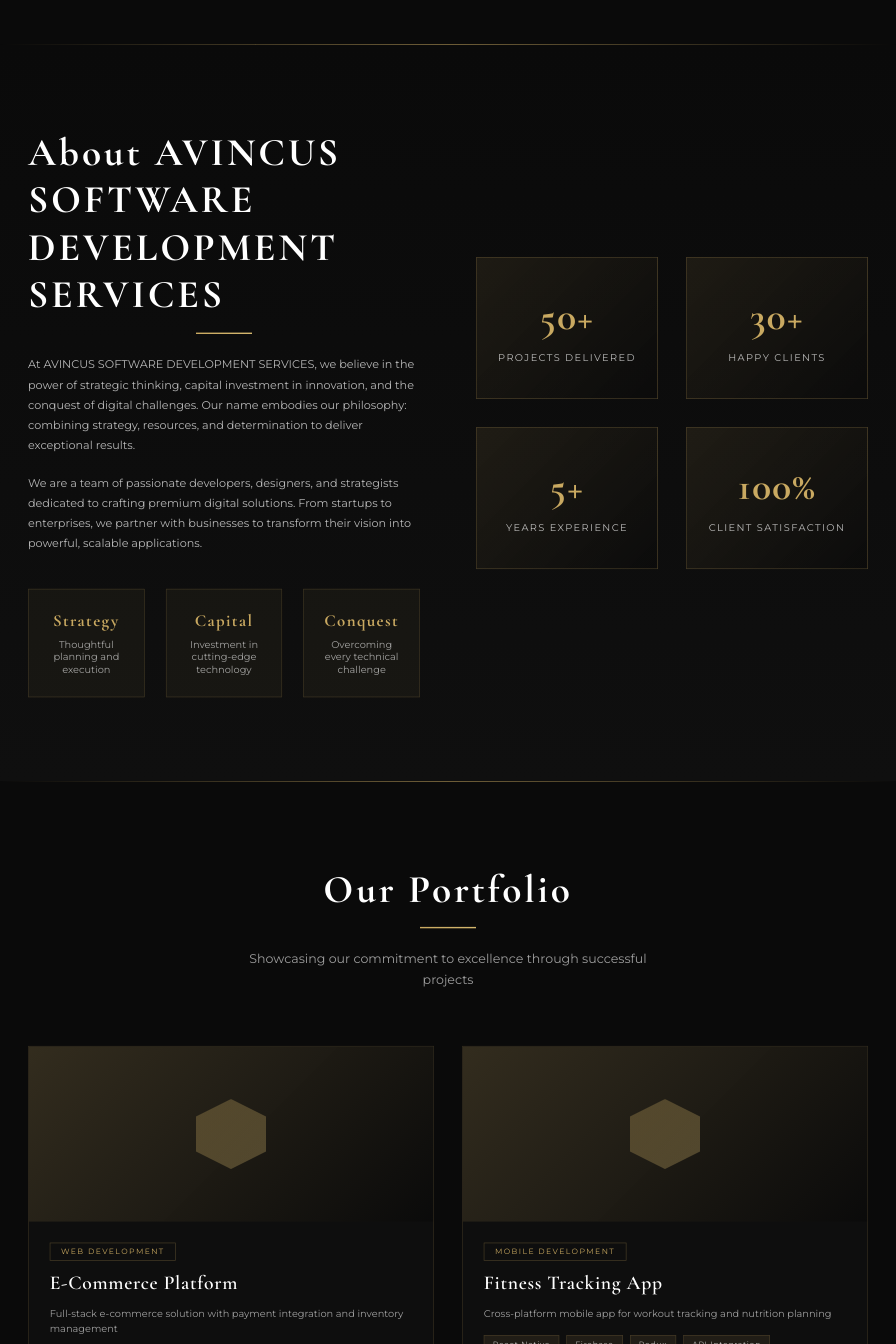
Repository: GiLLBaTesx/avincus-website
Page: /
These files come from the project's save history. The page is drawn as it stood at one moment and after the next save; the edit follows.
The browser window is 1280 px wide. The pictures show the part of the page from y = 1913 to 3833 px (the page is 6729 px tall before and 6497 px after), at 70% of full size.
The project was rebuilt for these pictures with package versions that can differ from the ones it lists, and the page was loaded fresh each time.

Above is the page before, as saved 2026-05-28 12:07:42.

### public/index.html
<!DOCTYPE html>
<html lang="en">
  <head>
    <meta charset="utf-8" />
    <link rel="icon" href="%PUBLIC_URL%/avincus-logo.png" />
    <meta name="viewport" content="width=device-width, initial-scale=1" />
    <meta name="theme-color" content="#0a0a0a" />
    <meta
      name="description"
      content="AVINCUS SOFTWARE DEVELOPMENT SERVICES - Premium Software Development | Web, Mobile & Software Solutions"
    />
    <link rel="preconnect" href="https://fonts.googleapis.com">
    <link rel="preconnect" href="https://fonts.gstatic.com" crossorigin>
    <link href="https://fonts.googleapis.com/css2?family=Cormorant+Garamond:wght@300;400;500;600;700&family=Montserrat:wght@300;400;500;600;700&display=swap" rel="stylesheet">
    <title>AVINCUS SOFTWARE DEVELOPMENT SERVICES - Strategy. Capital. Conquest.</title>
  </head>
  <body>
    <noscript>You need to enable JavaScript to run this app.</noscript>
    <div id="root"></div>
  </body>
</html>

### src/index.css
* {
  margin: 0;
  padding: 0;
  box-sizing: border-box;
}

body {
  margin: 0;
  font-family: 'Montserrat', -apple-system, BlinkMacSystemFont, 'Segoe UI', 'Roboto', 'Oxygen',
    'Ubuntu', 'Cantarell', 'Fira Sans', 'Droid Sans', 'Helvetica Neue',
    sans-serif;
  -webkit-font-smoothing: antialiased;
  -moz-osx-font-smoothing: grayscale;
  background-color: #0a0a0a;
  color: #ffffff;
  overflow-x: hidden;
}

code {
  font-family: source-code-pro, Menlo, Monaco, Consolas, 'Courier New',
    monospace;
}

::-webkit-scrollbar {
  width: 10px;
}

::-webkit-scrollbar-track {
  background: #0a0a0a;
}

::-webkit-scrollbar-thumb {
  background: #c9a961;
  border-radius: 5px;
}

::-webkit-scrollbar-thumb:hover {
  background: #d4b76e;
}

### src/App.css
.App {
  min-height: 100vh;
  background-color: #0a0a0a;
}

/* Smooth scrolling */
html {
  scroll-behavior: smooth;
}

/* Section styling */
section {
  position: relative;
  overflow: hidden;
}

/* Gold accent line */
.gold-line {
  width: 60px;
  height: 2px;
  background: linear-gradient(90deg, #c9a961, #d4b76e);
  margin: 20px auto;
}

/* Animations */
@keyframes fadeInUp {
  from {
    opacity: 0;
    transform: translateY(30px);
  }
  to {
    opacity: 1;
    transform: translateY(0);
  }
}

@keyframes fadeIn {
  from {
    opacity: 0;
  }
  to {
    opacity: 1;
  }
}

@keyframes shimmer {
  0% {
    background-position: -1000px 0;
  }
  100% {
    background-position: 1000px 0;
  }
}

.fade-in-up {
  animation: fadeInUp 0.8s ease-out forwards;
}

.fade-in {
  animation: fadeIn 1s ease-out forwards;
}

/* Responsive typography */
@media (max-width: 768px) {
  html {
    font-size: 14px;
  }
}

@media (max-width: 480px) {
  html {
    font-size: 12px;
  }
}

### src/components/About.js
import React, { useEffect, useRef, useState } from 'react';
import './About.css';

const About = () => {
  const [isVisible, setIsVisible] = useState(false);
  const sectionRef = useRef(null);

  useEffect(() => {
    const observer = new IntersectionObserver(
      ([entry]) => {
        if (entry.isIntersecting) {
          setIsVisible(true);
        }
      },
      { threshold: 0.1 }
    );

    if (sectionRef.current) {
      observer.observe(sectionRef.current);
    }

    return () => {
      if (sectionRef.current) {
        observer.unobserve(sectionRef.current);
      }
    };
  }, []);

  const stats = [
    { number: '50+', label: 'Projects Delivered' },
    { number: '30+', label: 'Happy Clients' },
    { number: '5+', label: 'Years Experience' },
    { number: '100%', label: 'Client Satisfaction' }
  ];

  return (
    <section id="about" className="about" ref={sectionRef}>
      <div className="about-container">
        <div className="about-content">
          <div className={`about-text ${isVisible ? 'visible' : ''}`}>
            <h2 className="section-title">About AVINCUS SOFTWARE DEVELOPMENT SERVICES</h2>
            <div className="gold-line"></div>
            <p className="about-description">
              At AVINCUS SOFTWARE DEVELOPMENT SERVICES, we believe in the power of strategic thinking, capital investment in innovation,
              and the conquest of digital challenges. Our name embodies our philosophy: combining strategy,
              resources, and determination to deliver exceptional results.
            </p>
            <p className="about-description">
              We are a team of passionate developers, designers, and strategists dedicated to crafting
              premium digital solutions. From startups to enterprises, we partner with businesses to
              transform their vision into powerful, scalable applications.
            </p>
            <div className="about-values">
              <div className="value-item">
                <h3>Strategy</h3>
                <p>Thoughtful planning and execution</p>
              </div>
              <div className="value-item">
                <h3>Capital</h3>
                <p>Investment in cutting-edge technology</p>
              </div>
              <div className="value-item">
                <h3>Conquest</h3>
                <p>Overcoming every technical challenge</p>
              </div>
            </div>
          </div>

          <div className={`about-stats ${isVisible ? 'visible' : ''}`}>
            {stats.map((stat, index) => (
              <div key={index} className="stat-item" style={{ animationDelay: `${index * 0.1}s` }}>
                <div className="stat-number">{stat.number}</div>
                <div className="stat-label">{stat.label}</div>
              </div>
            ))}
          </div>
        </div>
      </div>
    </section>
  );
};

export default About;

### src/components/Navbar.css
.navbar {
  position: fixed;
  top: 0;
  left: 0;
  right: 0;
  z-index: 1000;
  padding: 20px 0;
  transition: all 0.3s ease;
  background: transparent;
}

.navbar.scrolled {
  background: rgba(10, 10, 10, 0.95);
  backdrop-filter: blur(10px);
  padding: 15px 0;
  box-shadow: 0 2px 20px rgba(201, 169, 97, 0.1);
}

.navbar-container {
  max-width: 1400px;
  margin: 0 auto;
  padding: 0 40px;
  display: flex;
  justify-content: space-between;
  align-items: center;
}

.navbar-logo {
  display: flex;
  align-items: center;
  gap: 12px;
  cursor: pointer;
  transition: transform 0.3s ease;
}

.navbar-logo:hover {
  transform: translateY(-2px);
}

.logo-image {
  width: 67.5px;
  height: 67.5px;
  object-fit: contain;
  transition: transform 0.3s ease;
}

.logo-text {
  font-family: 'Cormorant Garamond', serif;
  font-size: 24px;
  font-weight: 600;
  letter-spacing: 3px;
  color: #c9a961;
}

.navbar-menu {
  display: flex;
  gap: 40px;
  align-items: center;
}

.nav-link {
  background: none;
  border: none;
  color: #ffffff;
  font-size: 14px;
  font-weight: 500;
  letter-spacing: 1px;
  text-transform: uppercase;
  cursor: pointer;
  position: relative;
  padding: 8px 0;
  transition: color 0.3s ease;
}

.nav-link::after {
  content: '';
  position: absolute;
  bottom: 0;
  left: 0;
  width: 0;
  height: 2px;
  background: linear-gradient(90deg, #c9a961, #d4b76e);
  transition: width 0.3s ease;
}

.nav-link:hover {
  color: #c9a961;
}

.nav-link:hover::after {
  width: 100%;
}

.nav-link-cta {
  background: linear-gradient(135deg, #c9a961, #d4b76e);
  color: #0a0a0a;
  padding: 12px 30px;
  border-radius: 0;
  font-weight: 600;
  transition: all 0.3s ease;
}

.nav-link-cta::after {
  display: none;
}

.nav-link-cta:hover {
  background: linear-gradient(135deg, #d4b76e, #e0c87f);
  color: #0a0a0a;
  transform: translateY(-2px);
  box-shadow: 0 5px 20px rgba(201, 169, 97, 0.3);
}

.navbar-toggle {
  display: none;
  flex-direction: column;
  gap: 6px;
  background: none;
  border: none;
  cursor: pointer;
  padding: 5px;
}

.bar {
  width: 30px;
  height: 2px;
  background: #c9a961;
  transition: all 0.3s ease;
}

.bar.active:nth-child(1) {
  transform: rotate(45deg) translate(8px, 8px);
}

.bar.active:nth-child(2) {
  opacity: 0;
}

.bar.active:nth-child(3) {
  transform: rotate(-45deg) translate(8px, -8px);
}

@media (max-width: 968px) {
  .navbar-toggle {
    display: flex;
  }

  .navbar-menu {
    position: fixed;
    top: 70px;
    right: -100%;
    width: 300px;
    height: calc(100vh - 70px);
    background: rgba(10, 10, 10, 0.98);
    backdrop-filter: blur(10px);
    flex-direction: column;
    padding: 40px;
    gap: 30px;
    transition: right 0.3s ease;
    border-left: 1px solid rgba(201, 169, 97, 0.2);
  }

  .navbar-menu.active {
    right: 0;
  }

  .nav-link {
    width: 100%;
    text-align: left;
    font-size: 16px;
  }

  .nav-link-cta {
    text-align: center;
  }
}

@media (max-width: 480px) {
  .navbar-container {
    padding: 0 20px;
  }

  .logo-text {
    font-size: 20px;
  }

  .logo-image {
    width: 60px;
    height: 60px;
  }
}

### src/components/About.css
.about {
  min-height: 100vh;
  padding: 120px 40px;
  background: linear-gradient(180deg, #0a0a0a 0%, #0f0f0f 100%);
  position: relative;
}

.about::before {
  content: '';
  position: absolute;
  top: 0;
  left: 0;
  right: 0;
  height: 1px;
  background: linear-gradient(90deg, transparent, #c9a961, transparent);
}

.about-container {
  max-width: 1400px;
  margin: 0 auto;
}

.about-content {
  display: grid;
  grid-template-columns: 1fr 1fr;
  gap: 80px;
  align-items: center;
}

.about-text {
  opacity: 0;
  transform: translateX(-30px);
  transition: all 0.8s ease-out;
}

.about-text.visible {
  opacity: 1;
  transform: translateX(0);
}

.about-description {
  font-size: 16px;
  line-height: 1.8;
  color: rgba(255, 255, 255, 0.7);
  margin-bottom: 25px;
}

.about-values {
  display: grid;
  grid-template-columns: repeat(3, 1fr);
  gap: 30px;
  margin-top: 50px;
}

.value-item {
  text-align: center;
  padding: 30px 20px;
  background: rgba(201, 169, 97, 0.05);
  border: 1px solid rgba(201, 169, 97, 0.2);
  transition: all 0.3s ease;
}

.value-item:hover {
  background: rgba(201, 169, 97, 0.1);
  border-color: #c9a961;
  transform: translateY(-5px);
}

.value-item h3 {
  font-family: 'Cormorant Garamond', serif;
  font-size: 24px;
  color: #c9a961;
  margin-bottom: 10px;
  letter-spacing: 2px;
}

.value-item p {
  font-size: 14px;
  color: rgba(255, 255, 255, 0.6);
}

.about-stats {
  display: grid;
  grid-template-columns: repeat(2, 1fr);
  gap: 40px;
  opacity: 0;
  transform: translateX(30px);
  transition: all 0.8s ease-out;
}

.about-stats.visible {
  opacity: 1;
  transform: translateX(0);
}

.stat-item {
  text-align: center;
  padding: 50px 30px;
  background: linear-gradient(135deg, rgba(201, 169, 97, 0.1), rgba(10, 10, 10, 0.5));
  border: 1px solid rgba(201, 169, 97, 0.3);
  position: relative;
  overflow: hidden;
  opacity: 0;
  animation: fadeInUp 0.8s ease-out forwards;
}

.stat-item::before {
  content: '';
  position: absolute;
  top: 0;
  left: 0;
  right: 0;
  height: 3px;
  background: linear-gradient(90deg, #c9a961, #d4b76e);
  transform: scaleX(0);
  transition: transform 0.6s ease;
}

.stat-item:hover::before {
  transform: scaleX(1);
}

.stat-number {
  font-family: 'Cormorant Garamond', serif;
  font-size: 56px;
  font-weight: 700;
  color: #c9a961;
  margin-bottom: 15px;
  letter-spacing: 2px;
}

.stat-label {
  font-size: 14px;
  color: rgba(255, 255, 255, 0.7);
  text-transform: uppercase;
  letter-spacing: 2px;
}

@media (max-width: 968px) {
  .about {
    padding: 80px 30px;
  }

  .about-content {
    grid-template-columns: 1fr;
    gap: 60px;
  }

  .about-values {
    grid-template-columns: 1fr;
    gap: 20px;
  }

  .about-stats {
    grid-template-columns: repeat(2, 1fr);
    gap: 20px;
  }

  .stat-item {
    padding: 40px 20px;
  }

  .stat-number {
    font-size: 42px;
  }
}

@media (max-width: 480px) {
  .about {
    padding: 60px 20px;
  }

  .about-stats {
    grid-template-columns: 1fr;
  }

  .stat-number {
    font-size: 36px;
  }
}

### src/components/Portfolio.css
.portfolio {
  min-height: 100vh;
  padding: 120px 40px;
  background: #0a0a0a;
  position: relative;
}

.portfolio::before {
  content: '';
  position: absolute;
  top: 0;
  left: 0;
  right: 0;
  height: 1px;
  background: linear-gradient(90deg, transparent, #c9a961, transparent);
}

.portfolio-container {
  max-width: 1400px;
  margin: 0 auto;
}

.portfolio-header {
  text-align: center;
  margin-bottom: 80px;
  opacity: 0;
  transform: translateY(30px);
  transition: all 0.8s ease-out;
}

.portfolio-header.visible {
  opacity: 1;
  transform: translateY(0);
}

.portfolio-grid {
  display: grid;
  grid-template-columns: repeat(auto-fit, minmax(380px, 1fr));
  gap: 40px;
}

.portfolio-card {
  background: rgba(15, 15, 15, 0.8);
  border: 1px solid rgba(201, 169, 97, 0.2);
  overflow: hidden;
  transition: all 0.4s ease;
  opacity: 0;
  transform: translateY(30px);
}

.portfolio-card.visible {
  animation: fadeInUp 0.8s ease-out forwards;
}

.portfolio-card:hover {
  transform: translateY(-10px);
  border-color: #c9a961;
  box-shadow: 0 20px 60px rgba(201, 169, 97, 0.2);
}

.portfolio-image {
  height: 250px;
  background: linear-gradient(135deg, rgba(201, 169, 97, 0.2), rgba(10, 10, 10, 0.8));
  position: relative;
  overflow: hidden;
}

.portfolio-image::before {
  content: '';
  position: absolute;
  top: 50%;
  left: 50%;
  transform: translate(-50%, -50%);
  width: 100px;
  height: 100px;
  background: linear-gradient(135deg, #c9a961, #d4b76e);
  clip-path: polygon(50% 0%, 100% 25%, 100% 75%, 50% 100%, 0% 75%, 0% 25%);
  opacity: 0.3;
}

.portfolio-overlay {
  position: absolute;
  top: 0;
  left: 0;
  right: 0;
  bottom: 0;
  background: rgba(10, 10, 10, 0.9);
  display: flex;
  align-items: center;
  justify-content: center;
  opacity: 0;
  transition: opacity 0.3s ease;
}

.portfolio-card:hover .portfolio-overlay {
  opacity: 1;
}

.view-project {
  background: linear-gradient(135deg, #c9a961, #d4b76e);
  color: #0a0a0a;
  border: none;
  padding: 12px 30px;
  font-size: 12px;
  font-weight: 600;
  letter-spacing: 2px;
  text-transform: uppercase;
  cursor: pointer;
  transition: all 0.3s ease;
}

.view-project:hover {
  transform: scale(1.05);
  box-shadow: 0 5px 20px rgba(201, 169, 97, 0.4);
}

.portfolio-content {
  padding: 30px;
}

.portfolio-category {
  display: inline-block;
  font-size: 11px;
  color: #c9a961;
  text-transform: uppercase;
  letter-spacing: 2px;
  margin-bottom: 15px;
  padding: 5px 15px;
  border: 1px solid rgba(201, 169, 97, 0.3);
}

.portfolio-title {
  font-family: 'Cormorant Garamond', serif;
  font-size: 28px;
  font-weight: 600;
  color: #ffffff;
  margin-bottom: 15px;
  letter-spacing: 1px;
}

.portfolio-description {
  font-size: 14px;
  line-height: 1.6;
  color: rgba(255, 255, 255, 0.6);
  margin-bottom: 20px;
}

.portfolio-tech {
  display: flex;
  flex-wrap: wrap;
  gap: 10px;
}

.tech-tag {
  font-size: 11px;
  color: rgba(255, 255, 255, 0.7);
  background: rgba(201, 169, 97, 0.1);
  padding: 5px 12px;
  border: 1px solid rgba(201, 169, 97, 0.2);
  letter-spacing: 1px;
}

@media (max-width: 968px) {
  .portfolio {
    padding: 80px 30px;
  }

  .portfolio-grid {
    grid-template-columns: 1fr;
    gap: 30px;
  }
}

@media (max-width: 480px) {
  .portfolio {
    padding: 60px 20px;
  }

  .portfolio-card {
    margin: 0;
  }

  .portfolio-content {
    padding: 25px;
  }

  .portfolio-title {
    font-size: 24px;
  }
}

### src/components/Contact.css
.contact {
  min-height: 100vh;
  padding: 120px 40px;
  background: linear-gradient(180deg, #0a0a0a 0%, #0f0f0f 100%);
  position: relative;
}

.contact::before {
  content: '';
  position: absolute;
  top: 0;
  left: 0;
  right: 0;
  height: 1px;
  background: linear-gradient(90deg, transparent, #c9a961, transparent);
}

.contact-container {
  max-width: 1400px;
  margin: 0 auto;
}

.contact-header {
  text-align: center;
  margin-bottom: 80px;
  opacity: 0;
  transform: translateY(30px);
  transition: all 0.8s ease-out;
}

.contact-header.visible {
  opacity: 1;
  transform: translateY(0);
}

.contact-content {
  display: grid;
  grid-template-columns: 1fr 1.5fr;
  gap: 60px;
}

.contact-info {
  display: flex;
  flex-direction: column;
  gap: 30px;
  opacity: 0;
  transform: translateX(-30px);
  transition: all 0.8s ease-out;
}

.contact-info.visible {
  opacity: 1;
  transform: translateX(0);
}

.info-item {
  padding: 30px;
  background: rgba(201, 169, 97, 0.05);
  border: 1px solid rgba(201, 169, 97, 0.2);
  transition: all 0.3s ease;
}

.info-item:hover {
  background: rgba(201, 169, 97, 0.1);
  border-color: #c9a961;
  transform: translateX(10px);
}

.info-icon {
  font-size: 32px;
  margin-bottom: 15px;
}

.info-item h3 {
  font-family: 'Cormorant Garamond', serif;
  font-size: 20px;
  color: #c9a961;
  margin-bottom: 10px;
  letter-spacing: 1px;
}

.info-item p {
  font-size: 14px;
  color: rgba(255, 255, 255, 0.7);
}

.contact-form {
  opacity: 0;
  transform: translateX(30px);
  transition: all 0.8s ease-out;
}

.contact-form.visible {
  opacity: 1;
  transform: translateX(0);
}

.form-group {
  margin-bottom: 25px;
}

.form-input {
  width: 100%;
  padding: 18px 20px;
  background: rgba(15, 15, 15, 0.8);
  border: 1px solid rgba(201, 169, 97, 0.2);
  color: #ffffff;
  font-size: 14px;
  font-family: 'Montserrat', sans-serif;
  transition: all 0.3s ease;
}

.form-input:focus {
  outline: none;
  border-color: #c9a961;
  background: rgba(15, 15, 15, 1);
  box-shadow: 0 0 20px rgba(201, 169, 97, 0.1);
}

.form-input::placeholder {
  color: rgba(255, 255, 255, 0.4);
}

select.form-input {
  cursor: pointer;
}

textarea.form-input {
  resize: vertical;
  min-height: 150px;
}

.form-submit {
  width: 100%;
  padding: 18px;
  background: linear-gradient(135deg, #c9a961, #d4b76e);
  border: none;
  color: #0a0a0a;
  font-size: 14px;
  font-weight: 600;
  letter-spacing: 2px;
  text-transform: uppercase;
  cursor: pointer;
  transition: all 0.3s ease;
}

.form-submit:hover {
  transform: translateY(-3px);
  box-shadow: 0 10px 30px rgba(201, 169, 97, 0.4);
}

@media (max-width: 968px) {
  .contact {
    padding: 80px 30px;
  }

  .contact-content {
    grid-template-columns: 1fr;
    gap: 50px;
  }
}

@media (max-width: 480px) {
  .contact {
    padding: 60px 20px;
  }

  .info-item {
    padding: 25px;
  }

  .form-input {
    padding: 15px;
  }
}

### src/components/Footer.css
.footer {
  background: #0a0a0a;
  padding: 80px 40px 40px;
  border-top: 1px solid rgba(201, 169, 97, 0.2);
}

.footer-container {
  max-width: 1400px;
  margin: 0 auto;
}

.footer-content {
  display: grid;
  grid-template-columns: 2fr 1fr 1fr 1fr;
  gap: 60px;
  margin-bottom: 60px;
}

.footer-brand {
  max-width: 350px;
}

.footer-logo {
  display: flex;
  align-items: center;
  gap: 12px;
  margin-bottom: 20px;
}

.footer-logo-image {
  width: 67.5px;
  height: 67.5px;
  object-fit: contain;
}

.footer-logo-text {
  font-family: 'Cormorant Garamond', serif;
  font-size: 24px;
  font-weight: 600;
  letter-spacing: 3px;
  color: #c9a961;
}

.footer-tagline {
  font-family: 'Cormorant Garamond', serif;
  font-size: 14px;
  color: #c9a961;
  letter-spacing: 2px;
  margin-bottom: 15px;
}

.footer-description {
  font-size: 14px;
  line-height: 1.6;
  color: rgba(255, 255, 255, 0.6);
}

.footer-links h3,
.footer-services h3,
.footer-contact h3 {
  font-family: 'Cormorant Garamond', serif;
  font-size: 20px;
  color: #c9a961;
  margin-bottom: 20px;
  letter-spacing: 1px;
}

.footer-links button {
  display: block;
  background: none;
  border: none;
  color: rgba(255, 255, 255, 0.7);
  font-size: 14px;
  padding: 8px 0;
  cursor: pointer;
  text-align: left;
  transition: all 0.3s ease;
}

.footer-links button:hover {
  color: #c9a961;
  transform: translateX(5px);
}

.footer-services p,
.footer-contact p {
  font-size: 14px;
  color: rgba(255, 255, 255, 0.7);
  padding: 8px 0;
}

.footer-social {
  display: flex;
  gap: 15px;
  margin-top: 20px;
}

.footer-social a {
  width: 40px;
  height: 40px;
  display: flex;
  align-items: center;
  justify-content: center;
  border: 1px solid rgba(201, 169, 97, 0.3);
  color: #c9a961;
  text-decoration: none;
  font-size: 14px;
  font-weight: 600;
  transition: all 0.3s ease;
}

.footer-social a:hover {
  background: #c9a961;
  color: #0a0a0a;
  border-color: #c9a961;
  transform: translateY(-3px);
}

.footer-bottom {
  text-align: center;
}

.footer-divider {
  height: 1px;
  background: linear-gradient(90deg, transparent, rgba(201, 169, 97, 0.3), transparent);
  margin-bottom: 30px;
}

.footer-copyright {
  font-size: 12px;
  color: rgba(255, 255, 255, 0.5);
  letter-spacing: 1px;
}

@media (max-width: 968px) {
  .footer {
    padding: 60px 30px 30px;
  }

  .footer-content {
    grid-template-columns: 1fr 1fr;
    gap: 40px;
  }

  .footer-brand {
    grid-column: 1 / -1;
    max-width: 100%;
  }
}

@media (max-width: 480px) {
  .footer {
    padding: 40px 20px 20px;
  }

  .footer-content {
    grid-template-columns: 1fr;
    gap: 30px;
  }

  .footer-brand {
    grid-column: 1;
  }
}

Loaded but not shown: src/index.js (common file); src/components/Contact.js (144 lines, source omitted); src/components/Portfolio.js (109 lines, source omitted); src/components/Services.js (88 lines, source omitted); src/components/Footer.js (66 lines, source omitted); src/components/Hero.js (60 lines, source omitted); src/components/Navbar.js (45 lines, source omitted); src/App.js (36 lines, source omitted); src/components/Hero.css (322 lines, source omitted); src/components/Services.css (205 lines, source omitted)

After the next save:
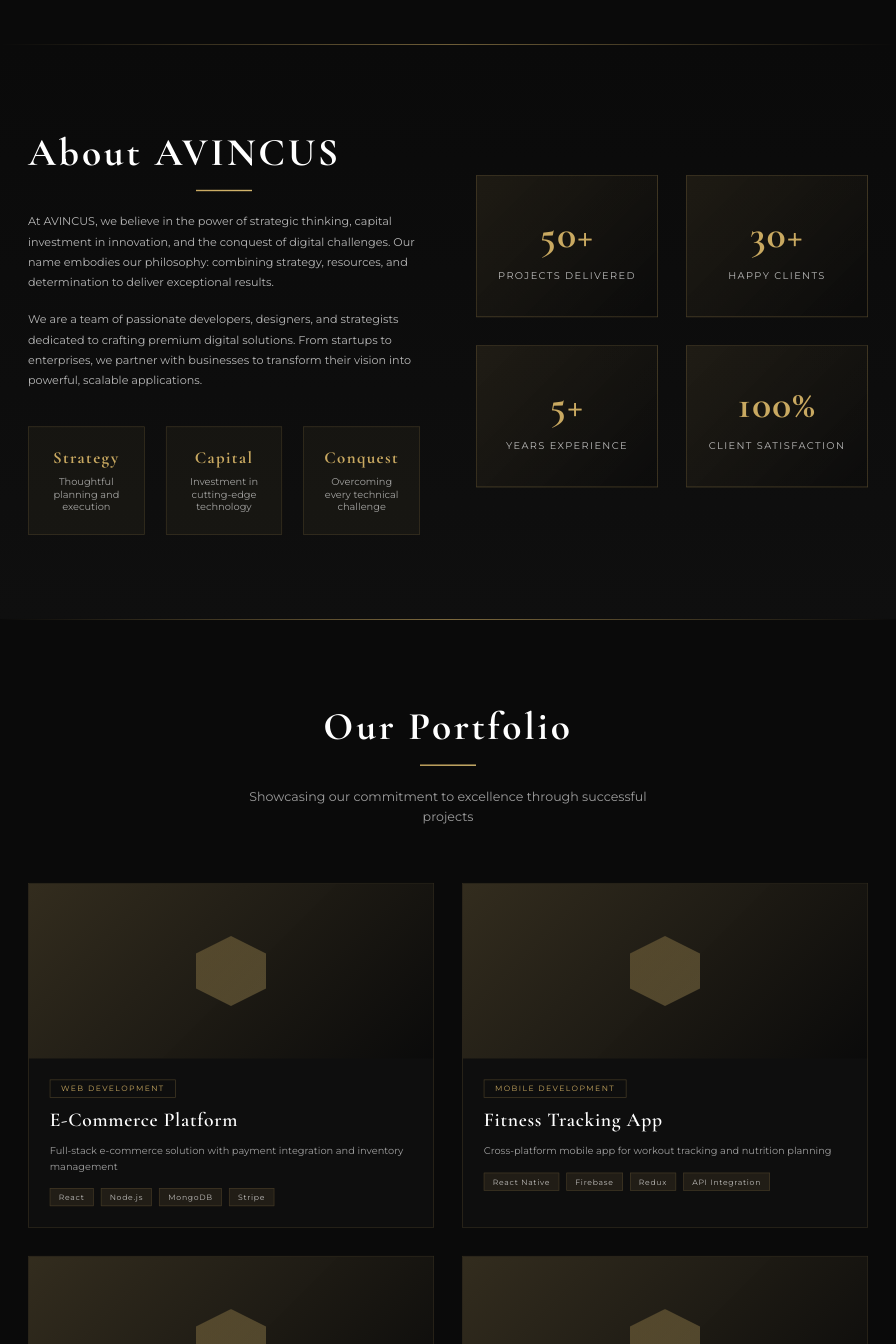
Saved 2 s later.
--- a/src/components/About.js
+++ b/src/components/About.js
@@ -38,10 +38,10 @@
       <div className="about-container">
         <div className="about-content">
           <div className={`about-text ${isVisible ? 'visible' : ''}`}>
-            <h2 className="section-title">About AVINCUS SOFTWARE DEVELOPMENT SERVICES</h2>
+            <h2 className="section-title">About AVINCUS</h2>
             <div className="gold-line"></div>
             <p className="about-description">
-              At AVINCUS SOFTWARE DEVELOPMENT SERVICES, we believe in the power of strategic thinking, capital investment in innovation,
+              At AVINCUS, we believe in the power of strategic thinking, capital investment in innovation,
               and the conquest of digital challenges. Our name embodies our philosophy: combining strategy,
               resources, and determination to deliver exceptional results.
             </p>
